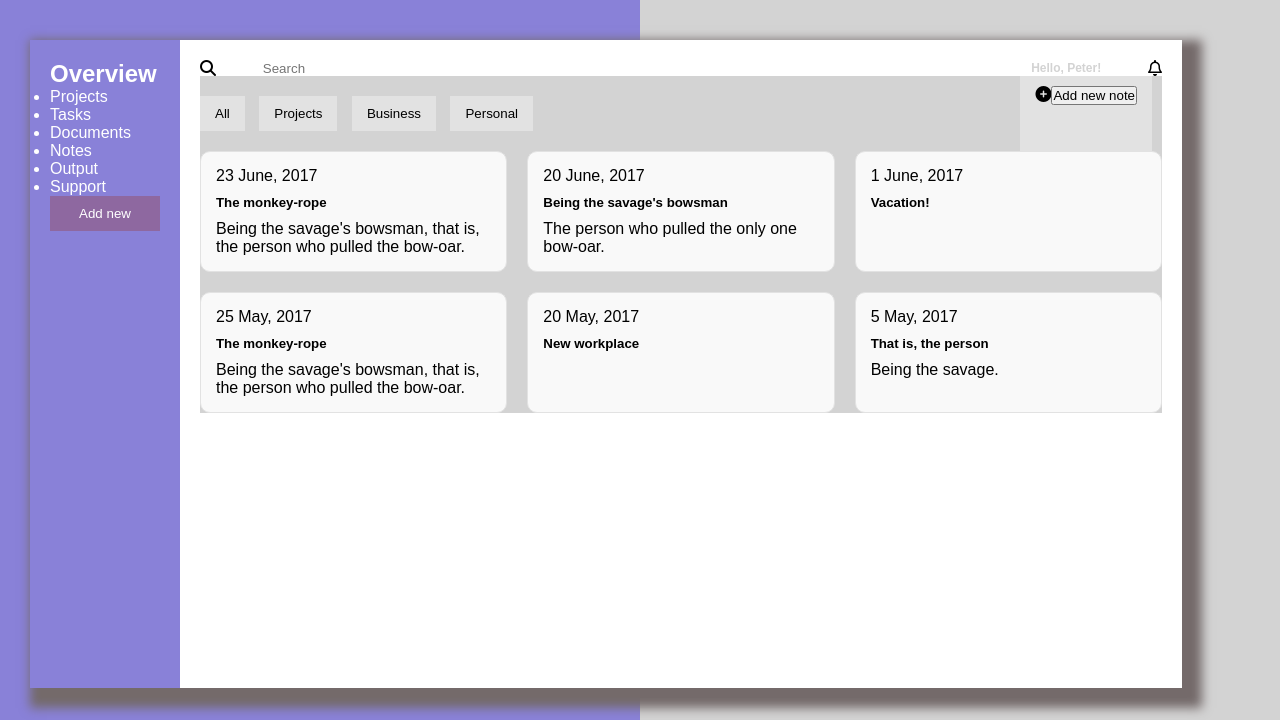
Repository: SatenikGabrielyan/HTML_CSS-_Assignment
Page: index.html
An editor plug-in stored every save of this project. The page is shown before and after the next save, followed by the edit.
The browser window is 1280 px wide. The pictures show the whole page.
Some web libraries are served in a nearby version.

Above is the page before, as saved 2025-03-17 21:11:50.

### index.html
<!DOCTYPE html>
<html lang="en">
  <head>
    <meta charset="UTF-8" />
    <meta name="viewport" content="width=device-width, initial-scale=1.0" />
    <title>Notes App</title>
    <link rel="stylesheet" href="./style.css" />
    <script src="https://kit.fontawesome.com/858d305f19.js" crossorigin="anonymous"></script>
</head>
  <body>
      <div class="cont">
          <div class="purp"></div>
          <div class="whit"></div>
      </div>
    <div class="container">
      <aside class="sidebar">
        <header>
            <h2>Overview</h2>
        </header>
        <nav>
            <ul>
                <li>Projects</li>
                <li>Tasks</li>
                <li>Documents</li>
                <li>Notes</li>
                <li>Output</li>
                <li>Support</li>
            </ul>
        </nav>
        <button class="add-new">Add new</button>
    </aside>

    <main class="main-content">
       <div class="header">
            <i class="fas fa-search"></i>  <input type="text" placeholder="Search">
            <h3>Hello, Peter!</h3> <i class="fa-regular fa-bell"></i>
    </div>
    <div class="proj">
        <div class="but">
        <div class="tabs">
            <button>All</button>
            <button>Projects</button>
            <button>Business</button>
            <button>Personal</button>
        </div>
        <div class="add">
            <i class="fa-solid fa-circle-plus"></i><button>Add new note</button>
        </div>
    </div>
        <div class="notes-grid">
            <div class="note-card">
                <h4>23 June, 2017</h4>
                <h5>The monkey-rope</h5>
                <p>Being the savage's bowsman, that is, the person who pulled the bow-oar.</p>
            </div>
            <div class="note-card">
                <h4>20 June, 2017</h4>
                <h5>Being the savage's bowsman</h5>
                <p>The person who pulled the only one bow-oar.</p>
            </div>
            <div class="note-card">
                <h4>1 June, 2017</h4>
                <h5>Vacation!</h5>
            </div>
            <div class="note-card">
                <h4>25 May, 2017</h4>
                <h5>The monkey-rope</h5>
                <p>Being the savage's bowsman, that is, the person who pulled the bow-oar.</p>
            </div>
            <div class="note-card">
                <h4>20 May, 2017</h4>
                <h5>New workplace</h5>
            </div>
            <div class="note-card">
                <h4>5 May, 2017</h4>
                <h5>That is, the person</h5>
                <p>Being the savage.</p>
            </div>
        </div>
    </div>
    </main>
    </div>

  </body>
</html>

### style.css
/* CSS Variables for Colors */
:root {
    --bg-color: #fbfbfb;
    --primary-color: #8981d8;
    --secondary-color: #d0d0d0;
    --text-color: #858499;
    --highlight-color: #7f77cc;
    --hover-color: rgba(137, 129, 216, 0.5);
  }


  * {
    margin: 0;
    padding: 0;
    box-sizing: border-box;
  }

  body {
    font-family: Arial, sans-serif;
    background-color: var(--bg-color);
    display: flex;
    height: 100vh;
  }
  .wrapper{
    position: relative;
  }
  .cont{
      display: flex;
      width: 100%;
      position: relative;
      z-index: -1;
      border-radius: 10px;
  }
.purp {
    width: 50%;
    background-color: var(--primary-color);
    flex-direction: row;
}
.whit {
    width: 50%;
    background-color: lightgray;
    flex-direction: row;
}
  .container {
    display: flex;
    width: 90%;
    height: 90%;

    box-shadow: 10px 10px 10px 10px rgb(116, 106, 106);
    margin-left: 30px;
    margin-right: 30px;
    margin-top: 40px;
    margin-bottom: 80px;
    background: center;
    position: absolute;
    z-index: 2;
  }

   .sidebar {
    width: 150px;
    background-color: var(--primary-color);
    color: #fff;
    display: flex;
    flex-direction: column;
    padding: 20px;
  }

  .main-content li {
    float: left;
  }

  .main-content li a {
    display: block;
    color: white;
    text-align: center;
    padding: 14px 16px;
    text-decoration: none;
  }

  .main-content li a:hover:not(.active) {
    background-color: #111;
  }

  .sidebar-header h2 {
    margin-bottom: 20px;
  }

  .sidebar-list {
    list-style: none;
  }

  .sidebar-list li {
    margin: 15px 0;
    display: flex;
    align-items: center;
    cursor: pointer;
  }

  .sidebar-list li i {
    margin-right: 10px;
  }

  .main-content {
    background-color: white;
    width: 200px;
    flex-grow: 1;
    padding: 20px;
    overflow-y: auto;
  }

   /* header {
    display: flex;
    justify-content: space-between;
    align-items: center;
    margin-bottom: 20px;
  } */

  /*
  .header-left p {
    font-size: 1.2em;
    color: var(--text-color);
  }

  .header-right {
    display: flex;
    align-items: center;
  }

  .header-right i {
    margin-right: 20px;
    cursor: pointer;
  }

  .add-note-btn {
    background-color: var(--primary-color);
    color: #fff;
    border: none;
    padding: 10px 20px;
    cursor: pointer;
    display: flex;
    align-items: center;
  }

  .add-note-btn i {
    margin-right: 10px;
  }


  .notes-grid {
    display: grid;
    grid-template-columns: repeat(auto-fill, minmax(300px, 1fr));
    gap: 20px;
  }

  .note-item {
    background-color: #fff;
    border-radius: 8px;
    box-shadow: 0 2px 4px rgba(0, 0, 0, 0.1);
    overflow: hidden;
    display: flex;
    flex-direction: column;
    padding: 20px;
  }

  .note-item img {
    width: 100%;
    height: auto;
    border-radius: 8px;
    margin-bottom: 15px;
  }

  .note-item p {
    color: var(--text-color);
    font-size: 1em;
    line-height: 1.5;
  }


  .sidebar-list li:hover {
    background-color: var(--highlight-color);
    transition: background-color 0.3s ease;
  }


  @media (max-width: 768px) {
    .container {
      flex-direction: column;
    }

    .sidebar {
      width: 100%;
      flex-direction: row;
      justify-content: space-around;
      padding: 10px;
    }

    .sidebar-list {
      display: flex;
      flex-direction: row;
      gap: 15px;
    }

    .sidebar-list li {
      margin: 0;
    }

    .main-content {
      padding: 10px;
    }

    header {
      flex-direction: column;
      align-items: flex-start;
    }

    .header-right {
      margin-top: 10px;
    }

    .notes-grid {
      grid-template-columns: 1fr;
    }

    .note-item {
      padding: 10px;
    }

    .note-item img {
      margin-bottom: 10px;
    }
  } */
  /* .sidebar {
    background-color: #5e4b9a;
    color: white;
    width: 300px;
    padding: 20px;
} */

/* .sidebar header {
    font-size: 24px;
}

.sidebar nav ul {
    list-style: none;
    padding: 0;
}

.sidebar nav ul li {
    margin: 15px 0;
} */

.add-new {
    background-color: #8e68a0;
    color: white;
    border: none;
    padding: 10px;
    cursor: pointer;
}

.main-content {
    flex: 1;
    padding: 20px;
    background-color: white;
}

.header {
    display: flex;
    justify-content: space-between;
    align-items: center;
    background-color: white;
    box-shadow: lightgrey;
}

.header input {
    border: none;
    margin: 0;
    width: 75%;
}

.header h3 {
    margin: 0;
    font-size: 12px;
    color: lightgrey;
}

.tabs {
    margin: 20px 0;
}
.proj {
    background-color: lightgrey;
}
.tabs button {
    margin-right: 10px;
    padding: 10px 15px;
    border: none;
    background-color: #e2e2e2;
    cursor: pointer;
}

.notes-grid {
    display: grid;
    grid-template-columns: repeat(auto-fill, minmax(240px, 1fr));
    gap: 20px;
}
.but{
    display: flex;
    flex-direction: row;
    justify-content: space-between;
}
.add {
    margin-right: 10px;
    padding: 10px 15px;
    border: none;
    background-color: #e2e2e2;
    cursor: pointer;

}

.note-card {
    border: 1px solid #e2e2e2;
    border-radius: 10px;
    padding: 15px;
    background-color: #f9f9f9;
}

.note-card h4 {
    margin: 0;
    font-weight: normal;
}

.note-card h5 {
    margin: 10px 0;
}

After the next save:
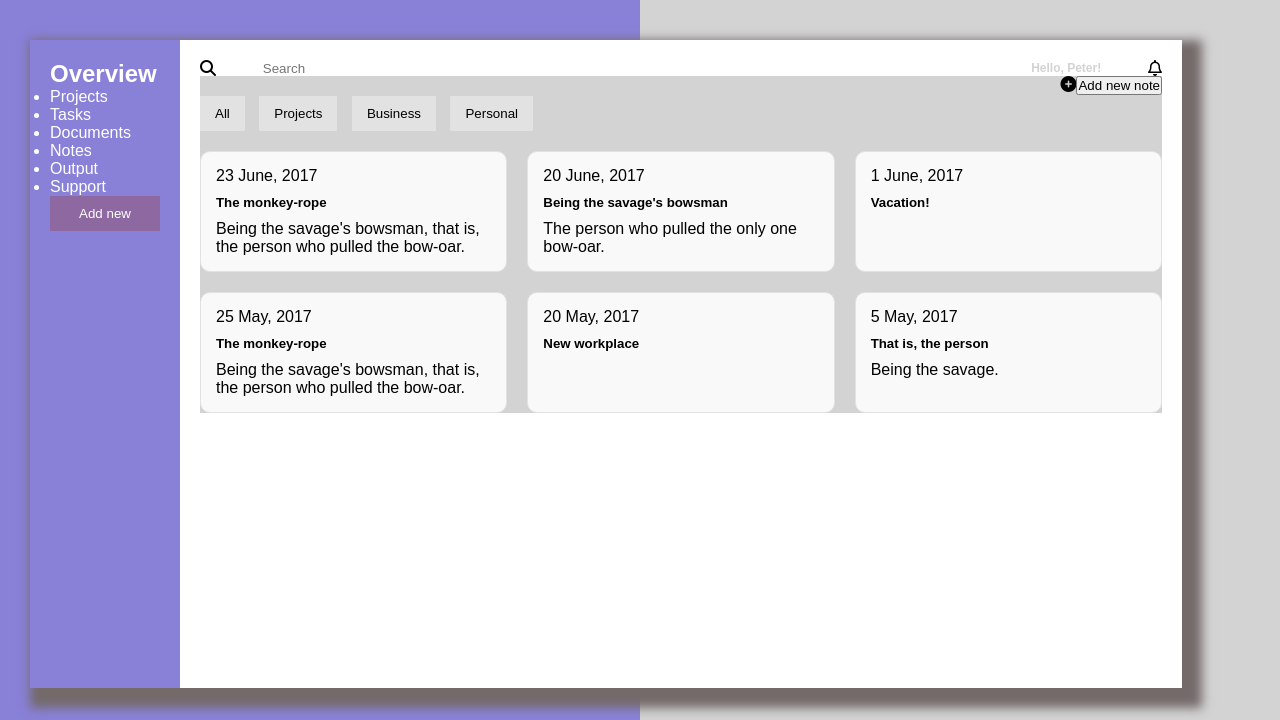
Saved 19 s later.
--- a/style.css
+++ b/style.css
@@ -307,14 +307,14 @@
     flex-direction: row;
     justify-content: space-between;
 }
-.add {
+/* .add {
     margin-right: 10px;
     padding: 10px 15px;
     border: none;
     background-color: #e2e2e2;
     cursor: pointer;
 
-}
+} */
 
 .note-card {
     border: 1px solid #e2e2e2;
